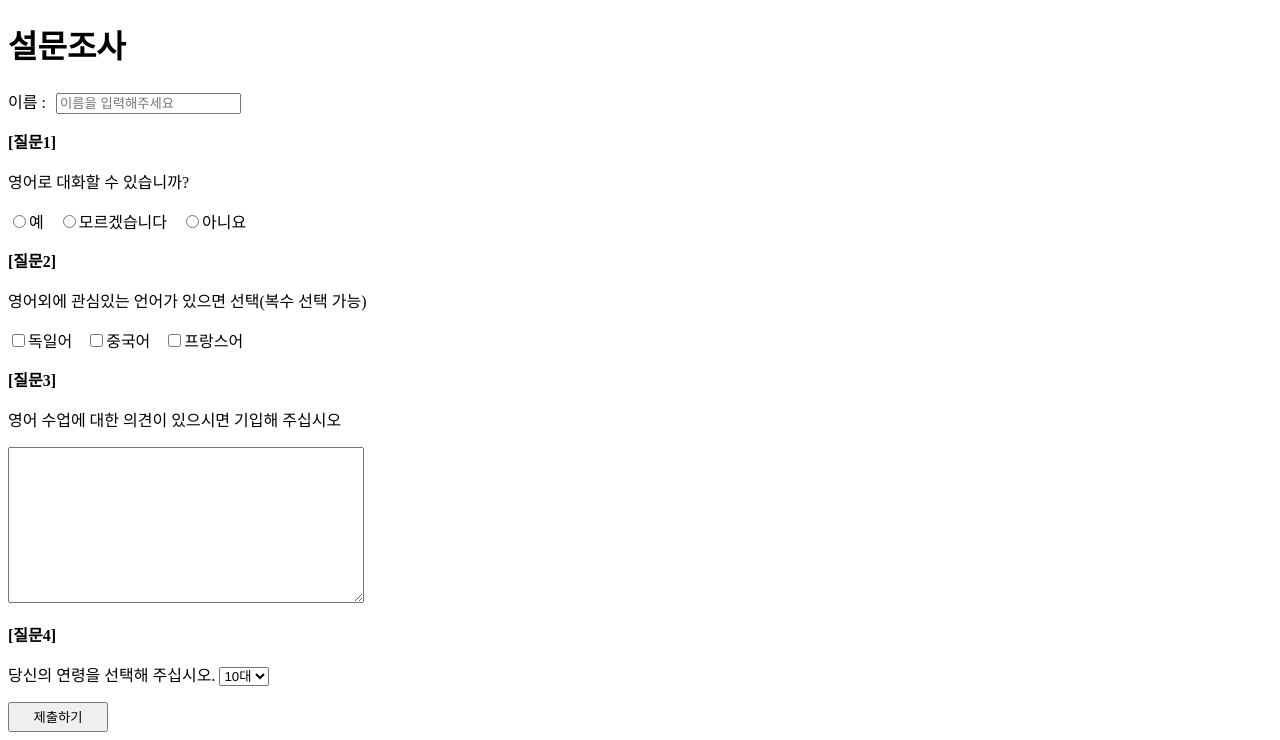
Repository: Jv2020/bitcamp
Page: html/sample05/WebContent/test02.html
An editor plug-in stored every save of this project. The page is shown before and after the next save, followed by the edit.
The browser window is 1280 px wide. The pictures show the whole page.

Above is the page before, as saved 2020-01-03 07:55:52.

After the next save:
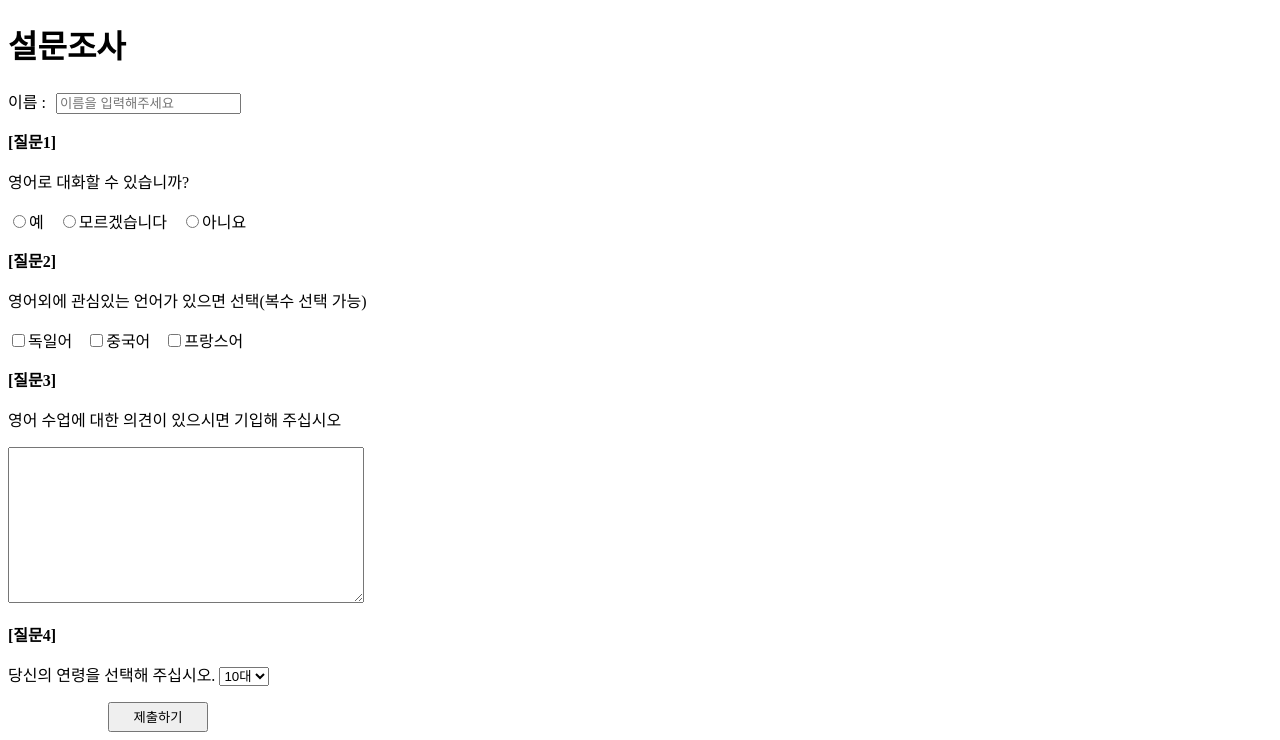
Saved 14 s later.
--- a/html/sample05/WebContent/test02.html
+++ b/html/sample05/WebContent/test02.html
@@ -11,7 +11,7 @@
 ul li p {}
 ul li span {display:inline-block; margin-right:10px;}
 ul li textarea {width:350px; height:150px;}
-input[type = "submit"] {width:100px; height:30px;}
+input[type = "submit"] {width:100px; height:30px; margin-left:100px}
 </style>
 </head>
 <body>

After the save that followed:
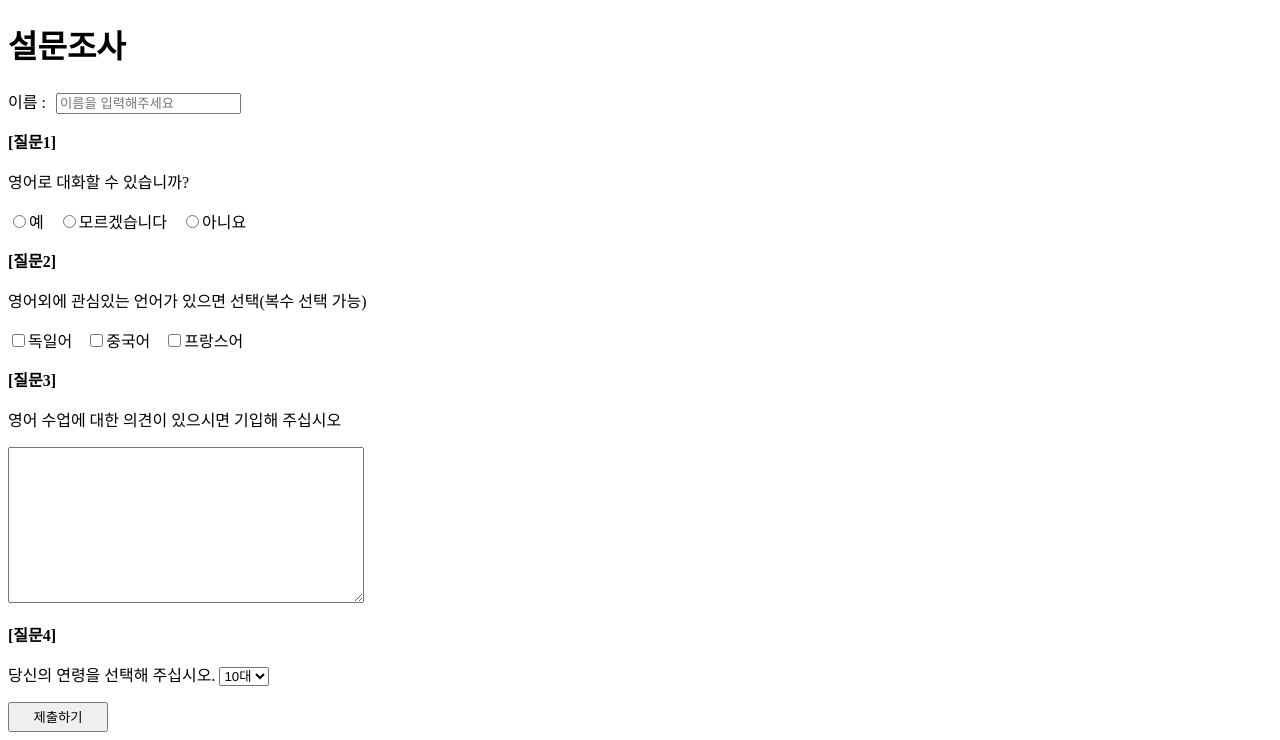
Saved 6 s later.
--- a/html/sample05/WebContent/test02.html
+++ b/html/sample05/WebContent/test02.html
@@ -11,7 +11,7 @@
 ul li p {}
 ul li span {display:inline-block; margin-right:10px;}
 ul li textarea {width:350px; height:150px;}
-input[type = "submit"] {width:100px; height:30px; margin-left:100px}
+input[type = "submit"] {width:100px; height:30px;}
 </style>
 </head>
 <body>
